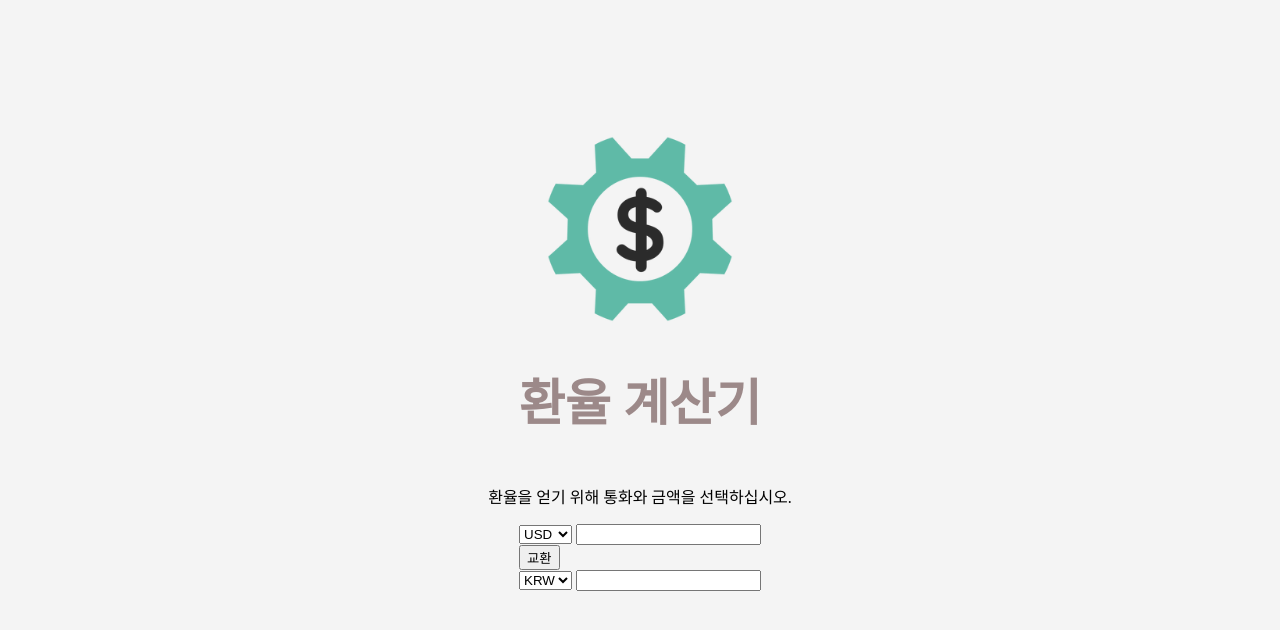
Repository: AbrorjonKuchkarov/exchange-rate
Page: index.html
These files come from the project's save history. The page is drawn as it stood at one moment and after the next save; the edit follows.
The browser window is 1280 px wide. The pictures show the whole page.

Above is the page before, as saved 2022-02-24 01:17:46.

After the next save:
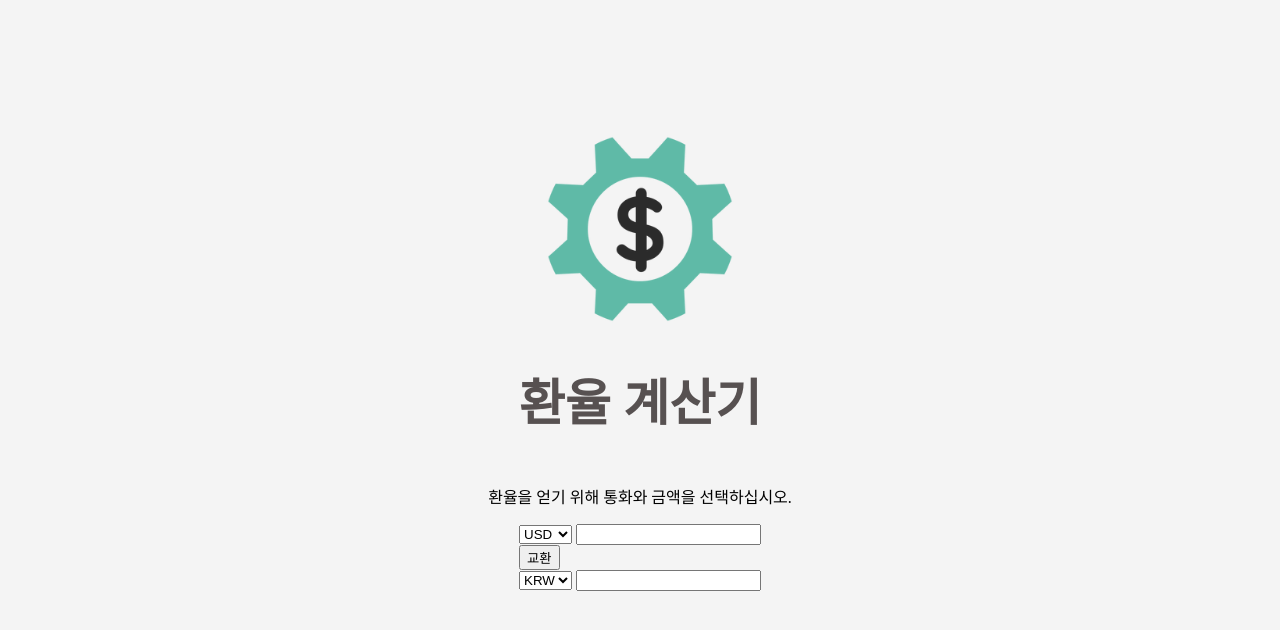
Saved 9 s later.
--- a/style.css
+++ b/style.css
@@ -18,5 +18,5 @@ img {
 
 h1{
    font-size: 50px;
-   color: #9c8989;
+   color: #575151;
 }
